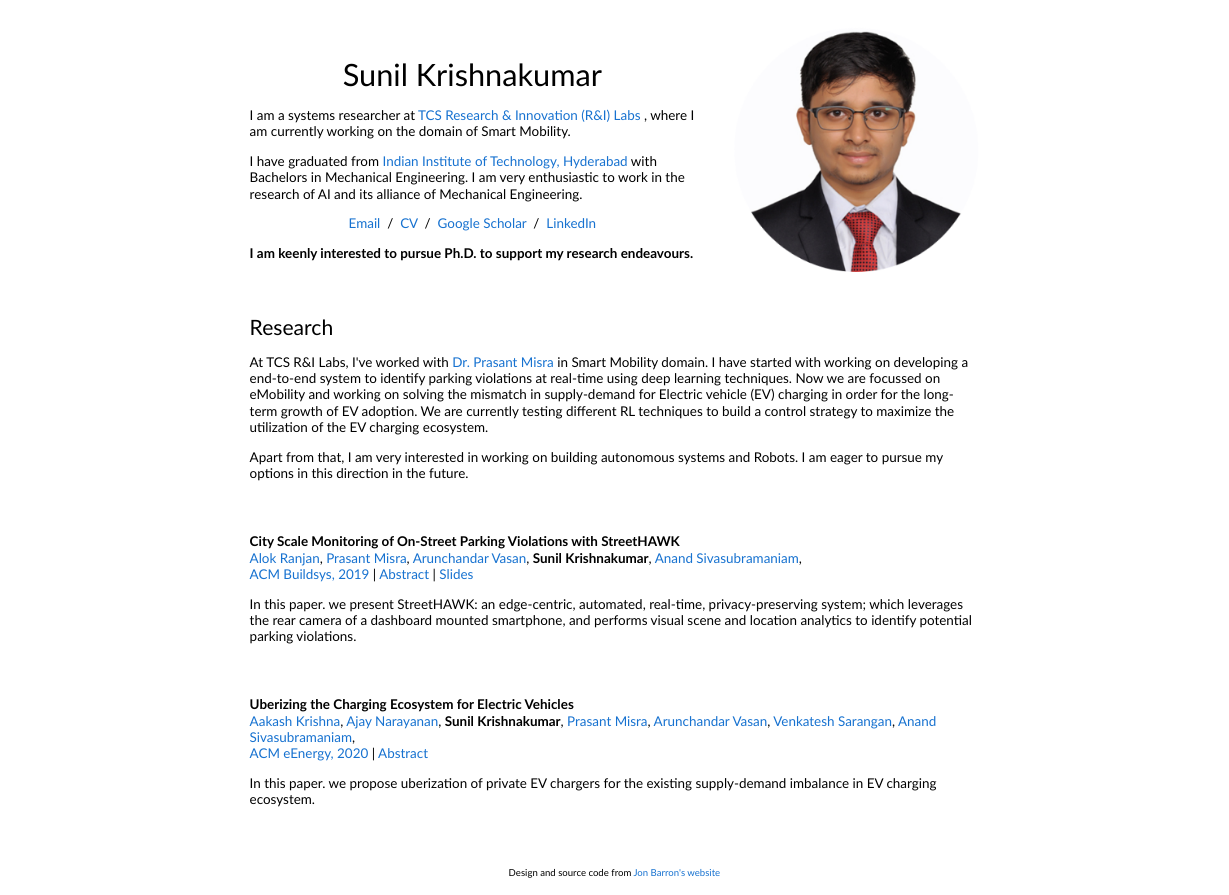
Repository: Sunil-KK/-
Page: index.html
These files come from the project's save history. The page is drawn as it stood at one moment and after the next save; the edit follows.
The browser window is 1280 px wide. The pictures show the whole page, at 96% of full size.

Above is the page before, as saved 2020-09-02 13:33:19.

### index.html
<!DOCTYPE HTML>
<html lang="en"><head><meta http-equiv="Content-Type" content="text/html; charset=UTF-8">
  <!-- Hi, Jon Here. Please DELETE the two <script> tags below if you use this HTML, otherwise my analytics will track your page -->
  <!-- Global site tag (gtag.js) - Google Analytics -->
  <script async src="https://www.googletagmanager.com/gtag/js?id=UA-7580334-2"></script>
  <script>
    window.dataLayer = window.dataLayer || [];
    function gtag(){dataLayer.push(arguments);}
    gtag('js', new Date());

    gtag('config', 'UA-7580334-2');
  </script>

  <title>Sunil Krishnakumar</title>

  <meta name="author" content="Sunil Krishnakumar">
  <meta name="viewport" content="width=device-width, initial-scale=1">

  <link rel="stylesheet" type="text/css" href="stylesheet.css">
  <link rel="icon" type="image/png" href="images/seal_icon.png">
</head>

<body>
  <table style="width:100%;max-width:800px;border:0px;border-spacing:0px;border-collapse:separate;margin-right:auto;margin-left:auto;"><tbody>
    <tr style="padding:0px">
      <td style="padding:0px">
        <table style="width:100%;border:0px;border-spacing:0px;border-collapse:separate;margin-right:auto;margin-left:auto;"><tbody>
          <tr style="padding:0px">
            <td style="padding:2.5%;width:63%;vertical-align:middle">
              <p style="text-align:center">
                <name>Sunil Krishnakumar</name>
              </p>
              <p>I am a systems researcher at <a href="https://www.tcs.com/research-and-innovation">TCS Research & Innovation (R&I) Labs </a>, where I am currently working
                 on the domain of Smart Mobility.
              </p>
              <p>
                I have graduated from <a href="https://mae.iith.ac.in/">Indian Institute of Technology, Hyderabad</a> with Bachelors in Mechanical Engineering.
                I am very enthusiastic to work in the research of AI and its alliance of Mechanical Engineering.
              </p>
              <p style="text-align:center">
                <a href="mailto:komadamsunil96@gmail.com">Email</a> &nbsp/&nbsp
                <a href="data/Sunil_CV.pdf">CV</a> &nbsp/&nbsp
                <!-- <a href="data/JonBarron-bio.txt">LinkedI</a> &nbsp/&nbsp -->
                <a href="https://scholar.google.com/citations?user=UGNuzUkAAAAJ&hl=en&oi=ao">Google Scholar</a> &nbsp/&nbsp
                <a href="https://www.linkedin.com/in/sunilkrishnakumar/">LinkedIn</a>
                <!-- <a href="https://twitter.com/jon_barron">Twitter</a> -->
              </p>
            <strong>I am keenly interested to pursue Ph.D. to support my research endeavours.</strong>
            </td>
            <td style="padding:2.5%;width:40%;max-width:40%">
              <a href="images/ID.jpg"><img style="width:100%;max-width:100%" alt="profile photo" src="images/Sunil_circle.png" class="hoverZoomLink"></a>
            </td>
          </tr>
        </tbody></table>
        <table style="width:100%;border:0px;border-spacing:0px;border-collapse:separate;margin-right:auto;margin-left:auto;"><tbody>
            <tr>
            <td style="padding:20px;width:100%;vertical-align:middle">
              <heading>Research</heading>
              <p>
                 At TCS R&I Labs, I've worked with <a href="https://sites.google.com/site/prasantmisra">Dr. Prasant Misra</a> in Smart Mobility
                 domain. I have started with working on developing a end-to-end system to identify parking violations at real-time using
                 deep learning techniques. Now we are focussed on eMobility and working on solving the mismatch in supply-demand for Electric vehicle (EV)
                 charging in order for the long-term growth of EV adoption. We are currently testing different RL techniques to build a control strategy
                 to maximize the utilization of the EV charging ecosystem.
                <!-- Representative papers are <span class="highlight">highlighted</span>. -->
              </p>
              <p>
                 Apart from that, I am very interested in working on building autonomous systems and Robots. I am eager to pursue my options
                 in this direction in the future.
              </p>
            </td>
          </tr>
        </tbody></table>
        <table style="width:100%;border:0px;border-spacing:0px;border-collapse:separate;margin-right:auto;margin-left:auto;"><tbody>


            </td>
            <td style="padding:20px;width:75%;vertical-align:middle">
              <strong>City Scale Monitoring of On-Street Parking Violations with StreetHAWK</strong>
              <br>
              <a href="https://sites.google.com/view/alok-ranjan/home">Alok Ranjan</a>,
              <a href="https://sites.google.com/site/prasantmisra">Prasant Misra</a>,
              <a href="https://www.linkedin.com/in/arun-vasan/">Arunchandar Vasan</a>,
              <strong>Sunil Krishnakumar</strong>,
              <a href="http://www.cse.psu.edu/~axs53/">Anand Sivasubramaniam</a>,
              <br>
              <!-- <em>ACM Buildsys</em>, 2019   -->
              <!-- <br> -->
              <a href="https://dl.acm.org/doi/proceedings/10.1145/3360322">ACM Buildsys, 2019</a> |
              <a href="https://dl.acm.org/doi/10.1145/3360322.3360841"">Abstract</a> |
              <a href="data/2019-buildsys-streethawk-abridged.pdf">Slides</a>
              <p></p>
              <p>In this paper. we present StreetHAWK: an edge-centric, automated, real-time, privacy-preserving system;
                 which leverages the rear camera of a dashboard mounted smartphone, and performs visual scene and location
                 analytics to identify potential parking violations. </p>
            </td>
          </tr>


        </td>
        <td style="padding:20px;width:75%;vertical-align:middle">
          <strong>Uberizing the Charging Ecosystem for Electric Vehicles</strong>
          <br>
          <a href="https://aakashsasikumar.github.io/">Aakash Krishna</a>,
          <a href="https://www.researchgate.net/profile/Ajay_Narayanan4">Ajay Narayanan</a>,
          <strong>Sunil Krishnakumar</strong>,
          <a href="https://sites.google.com/site/prasantmisra">Prasant Misra</a>,
          <a href="https://www.linkedin.com/in/arun-vasan/">Arunchandar Vasan</a>,
          <a href="https://www.linkedin.com/in/venkatesh-sarangan-429a4168/">Venkatesh Sarangan</a>,
          <a href="http://www.cse.psu.edu/~axs53/">Anand Sivasubramaniam</a>,
          <br>
          <!-- <em>ACM Buildsys</em>, 2019   -->
          <!-- <br> -->
          <a href="https://dl.acm.org/doi/proceedings/10.1145/3396851">ACM eEnergy, 2020</a> |
          <a href="https://doi.org/10.1145/3396851.3397758">Abstract</a>
          <!-- <a href="data/2019-buildsys-streethawk-abridged.pdf">Slides</a> -->
          <p></p>
          <p>In this paper. we propose uberization of private EV chargers for the existing supply-demand imbalance
             in EV charging ecosystem. </p>
        </td>
      </tr>

        <table style="width:100%;border:0px;border-spacing:0px;border-collapse:separate;margin-right:auto;margin-left:auto;"><tbody>
          <tr>
            <td style="padding:0px">
              <br>
              <p style="text-align:center;font-size: 10px;">
                Design and source code from <a href="https://github.com/jonbarron/jonbarron_website"style="font-size: 10px ">Jon Barron's website</a>
                <br>
              </p>
            </td>
          </tr>
        </tbody></table>
      </td>
    </tr>
  </table>
</body>

</html>

### stylesheet.css
/* latin-ext */
@font-face {
  font-family: 'Lato';
  font-style: italic;
  font-weight: 400;
  src: local('Lato Italic'), local('Lato-Italic'), url(https://fonts.gstatic.com/s/lato/v15/S6u8w4BMUTPHjxsAUi-qNiXg7eU0.woff2) format('woff2');
  unicode-range: U+0100-024F, U+0259, U+1E00-1EFF, U+2020, U+20A0-20AB, U+20AD-20CF, U+2113, U+2C60-2C7F, U+A720-A7FF;
}
/* latin */
@font-face {
  font-family: 'Lato';
  font-style: italic;
  font-weight: 400;
  src: local('Lato Italic'), local('Lato-Italic'), url(https://fonts.gstatic.com/s/lato/v15/S6u8w4BMUTPHjxsAXC-qNiXg7Q.woff2) format('woff2');
  unicode-range: U+0000-00FF, U+0131, U+0152-0153, U+02BB-02BC, U+02C6, U+02DA, U+02DC, U+2000-206F, U+2074, U+20AC, U+2122, U+2191, U+2193, U+2212, U+2215, U+FEFF, U+FFFD;
}
/* latin-ext */
@font-face {
  font-family: 'Lato';
  font-style: italic;
  font-weight: 700;
  src: local('Lato Bold Italic'), local('Lato-BoldItalic'), url(https://fonts.gstatic.com/s/lato/v15/S6u_w4BMUTPHjxsI5wq_FQftx9897sxZ.woff2) format('woff2');
  unicode-range: U+0100-024F, U+0259, U+1E00-1EFF, U+2020, U+20A0-20AB, U+20AD-20CF, U+2113, U+2C60-2C7F, U+A720-A7FF;
}
/* latin */
@font-face {
  font-family: 'Lato';
  font-style: italic;
  font-weight: 700;
  src: local('Lato Bold Italic'), local('Lato-BoldItalic'), url(https://fonts.gstatic.com/s/lato/v15/S6u_w4BMUTPHjxsI5wq_Gwftx9897g.woff2) format('woff2');
  unicode-range: U+0000-00FF, U+0131, U+0152-0153, U+02BB-02BC, U+02C6, U+02DA, U+02DC, U+2000-206F, U+2074, U+20AC, U+2122, U+2191, U+2193, U+2212, U+2215, U+FEFF, U+FFFD;
}
/* latin-ext */
@font-face {
  font-family: 'Lato';
  font-style: normal;
  font-weight: 400;
  src: local('Lato Regular'), local('Lato-Regular'), url(https://fonts.gstatic.com/s/lato/v15/S6uyw4BMUTPHjxAwXiWtFCfQ7A.woff2) format('woff2');
  unicode-range: U+0100-024F, U+0259, U+1E00-1EFF, U+2020, U+20A0-20AB, U+20AD-20CF, U+2113, U+2C60-2C7F, U+A720-A7FF;
}
/* latin */
@font-face {
  font-family: 'Lato';
  font-style: normal;
  font-weight: 400;
  src: local('Lato Regular'), local('Lato-Regular'), url(https://fonts.gstatic.com/s/lato/v15/S6uyw4BMUTPHjx4wXiWtFCc.woff2) format('woff2');
  unicode-range: U+0000-00FF, U+0131, U+0152-0153, U+02BB-02BC, U+02C6, U+02DA, U+02DC, U+2000-206F, U+2074, U+20AC, U+2122, U+2191, U+2193, U+2212, U+2215, U+FEFF, U+FFFD;
}
/* latin-ext */
@font-face {
  font-family: 'Lato';
  font-style: normal;
  font-weight: 700;
  src: local('Lato Bold'), local('Lato-Bold'), url(https://fonts.gstatic.com/s/lato/v15/S6u9w4BMUTPHh6UVSwaPGQ3q5d0N7w.woff2) format('woff2');
  unicode-range: U+0100-024F, U+0259, U+1E00-1EFF, U+2020, U+20A0-20AB, U+20AD-20CF, U+2113, U+2C60-2C7F, U+A720-A7FF;
}
/* latin */
@font-face {
  font-family: 'Lato';
  font-style: normal;
  font-weight: 700;
  src: local('Lato Bold'), local('Lato-Bold'), url(https://fonts.gstatic.com/s/lato/v15/S6u9w4BMUTPHh6UVSwiPGQ3q5d0.woff2) format('woff2');
  unicode-range: U+0000-00FF, U+0131, U+0152-0153, U+02BB-02BC, U+02C6, U+02DA, U+02DC, U+2000-206F, U+2074, U+20AC, U+2122, U+2191, U+2193, U+2212, U+2215, U+FEFF, U+FFFD;
}

a {
  color: #1772d0;
  text-decoration: none;
}

a:focus,
a:hover {
  color: #f09228;
  text-decoration: none;
}

body,
td,
th,
tr,
p,
a {
  font-family: 'Lato', Verdana, Helvetica, sans-serif;
  font-size: 14px
}

strong {
  font-family: 'Lato', Verdana, Helvetica, sans-serif;
  font-size: 14px;
}

heading {
  font-family: 'Lato', Verdana, Helvetica, sans-serif;
  font-size: 22px;
}

papertitle {
  font-family: 'Lato', Verdana, Helvetica, sans-serif;
  font-size: 14px;
  font-weight: 700
}

name {
  font-family: 'Lato', Verdana, Helvetica, sans-serif;
  font-size: 32px;
}

.one {
  width: 160px;
  height: 160px;
  position: relative;
}

.two {
  width: 160px;
  height: 160px;
  position: absolute;
  transition: opacity .2s ease-in-out;
  -moz-transition: opacity .2s ease-in-out;
  -webkit-transition: opacity .2s ease-in-out;
}

.fade {
  transition: opacity .2s ease-in-out;
  -moz-transition: opacity .2s ease-in-out;
  -webkit-transition: opacity .2s ease-in-out;
}

span.highlight {
  background-color: #ffffd0;
}

After the next save:
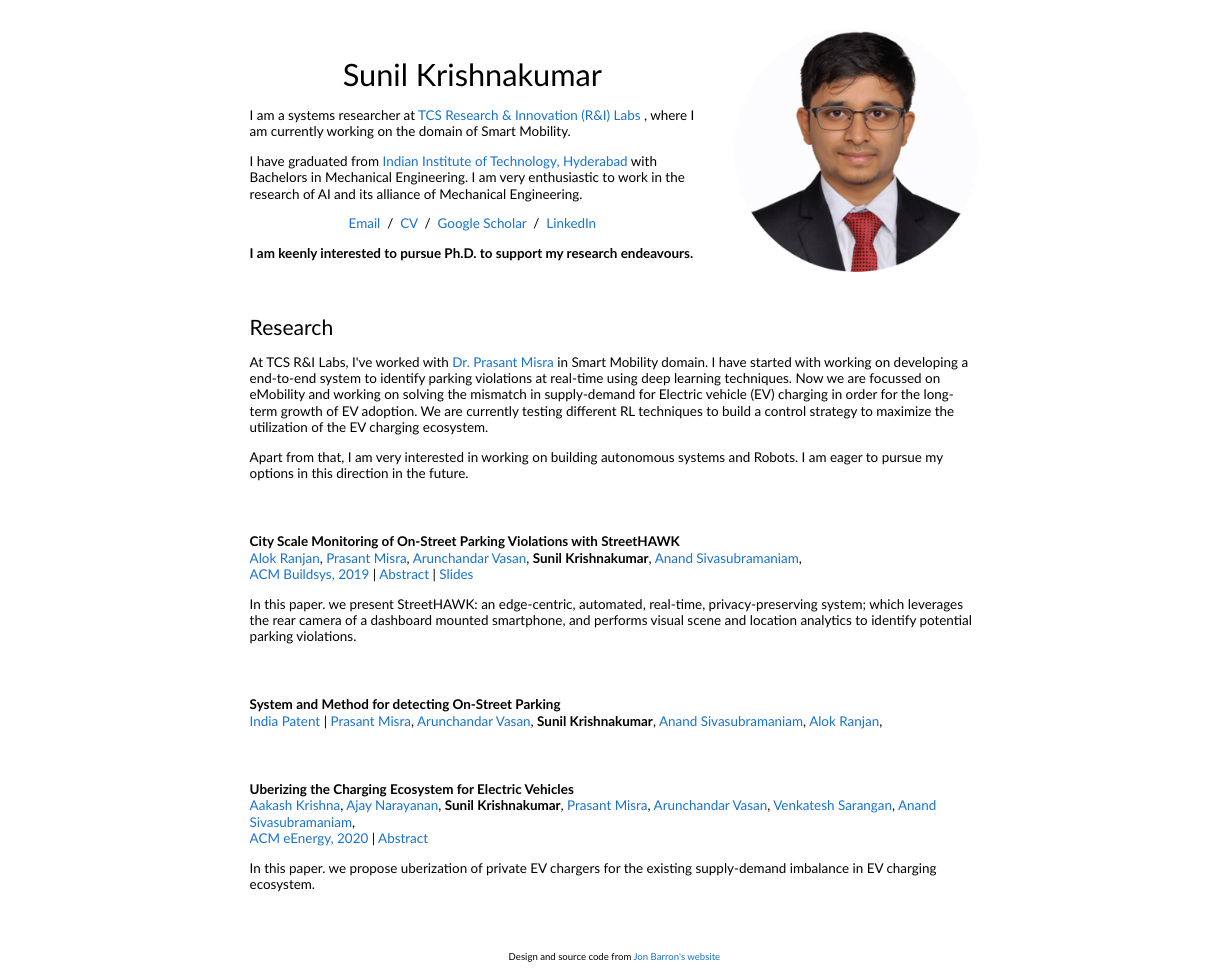
Saved 2 h 33 min later.
--- a/index.html
+++ b/index.html
@@ -96,6 +96,28 @@
             </td>
           </tr>
 
+        </td>
+        <td style="padding:20px;width:75%;vertical-align:middle">
+          <strong>System and Method for detecting On-Street Parking</strong>
+          <br>
+          <a>India Patent</a> |
+          <a href="https://sites.google.com/site/prasantmisra">Prasant Misra</a>,
+          <a href="https://www.linkedin.com/in/arun-vasan/">Arunchandar Vasan</a>,
+          <strong>Sunil Krishnakumar</strong>,
+          <a href="http://www.cse.psu.edu/~axs53/">Anand Sivasubramaniam</a>,
+          <a href="https://sites.google.com/view/alok-ranjan/home">Alok Ranjan</a>,
+          <br>
+          <!-- <em>ACM Buildsys</em>, 2019   -->
+          <!-- <br> -->
+          <!-- <a href="https://dl.acm.org/doi/10.1145/3360322.3360841"">Abstract</a> | -->
+          <!-- <a href="data/2019-buildsys-streethawk-abridged.pdf">Slides</a> -->
+          <p></p>
+          <!-- <p>In this paper. we present StreetHAWK: an edge-centric, automated, real-time, privacy-preserving system;
+             which leverages the rear camera of a dashboard mounted smartphone, and performs visual scene and location
+             analytics to identify potential parking violations. </p> -->
+        </td>
+      </tr>
+
 
         </td>
         <td style="padding:20px;width:75%;vertical-align:middle">
